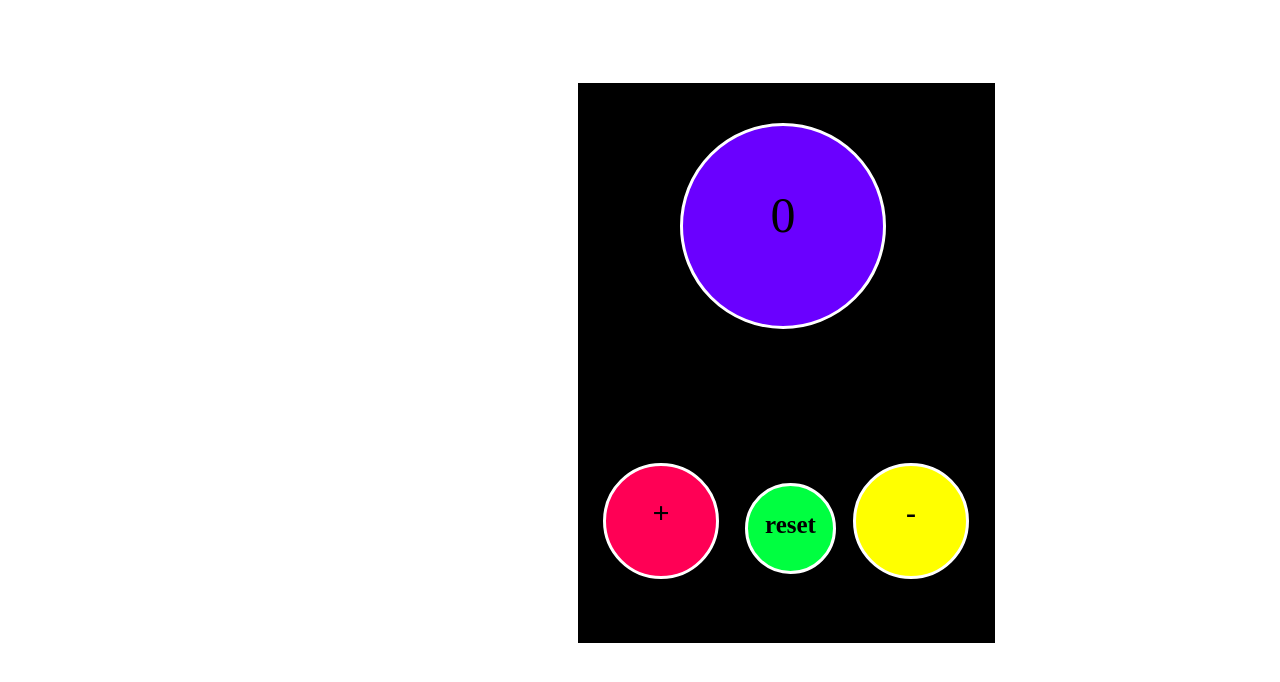
Repository: sara55m/Counter_App
Page: index.html
The author's editor kept a copy of each file at every save. The page is drawn from the files as they stood at one save, then again after the next save.
The browser window is 1280 px wide. The pictures show the whole page.

Above is the page before, as saved 2024-07-31 18:03:09.

### index.html
<!DOCTYPE html>
<html lang="en">
<head>
    <meta charset="UTF-8">
    <meta name="viewport" content="width=device-width, initial-scale=1.0">
    <title>Document</title>
    <link rel="stylesheet" href="css/style.css">
</head>
<body>
    <div class="container">
        <div class="main" id="main"><p class="one" id="one"></p></div>
        <div class="increase" id="increase" onclick="increase()"><p class="first">+</p></div>
        <div class="decrease" id="decrease" onclick="decrease()"><p class="second">-</p></div>
        <div class="reset" onclick="reset_1()"><p class="third">reset</p></div>
    </div>
    <script src="js/script.js"></script>
</body>
</html>

### css/style.css
.container{
    position: absolute;
    top:80px;
    left:575px;
    height:560px;
    width:417px;
    background-color: black;
    border:3px solid white;
}
p.one{
    text-align: center;

}

.main{
    position:absolute;
    top:40px;
    left:102px;
    height:180px;
    width:180px;
    border-radius: 50%;
    background-color: rgb(106, 0, 255);
    text-align: center;
    font-size: 50px;
    padding:10px;
    border:3px solid white;

}

.increase{
    position:absolute;
    top:380px;
    left:25px;
    height:110px;
    width:110px;
    border-radius: 50%;
    background-color: rgb(255, 0, 85);
    border:3px solid white;
    font-weight: bolder;
}
p.first,p.second{
    font-size: 30px;
    text-align: center;
}

.decrease{
    position:absolute;
    top:380px;
    left:275px;
    height:110px;
    width:110px;
    border-radius: 50%;
    border:3px solid white;
    background-color:yellow;
    text-align: center;
    font-weight: bolder;
}

.reset{
    position:absolute;
    top:400px;
    left:167px;
    height:85px;
    width:85px;
    border-radius: 50%;
    background-color: rgb(0, 255, 64);
    font-weight: bolder;
    border:3px solid white;
}

p.third{
    font-size: 25px;
    text-align: center;
}

### js/script.js
let count=0;
document.getElementById("one").innerHTML=count;
function increase(){
    count+=1;
    document.getElementById("one").innerHTML=count;
}

function reset_1(){
    count=0;
    document.getElementById("one").innerHTML=count;
}

count=0;
document.getElementById("one").innerHTML=count;
function decrease(){
    count-=1;
    document.getElementById("one").innerHTML=count;

}

After the next save:
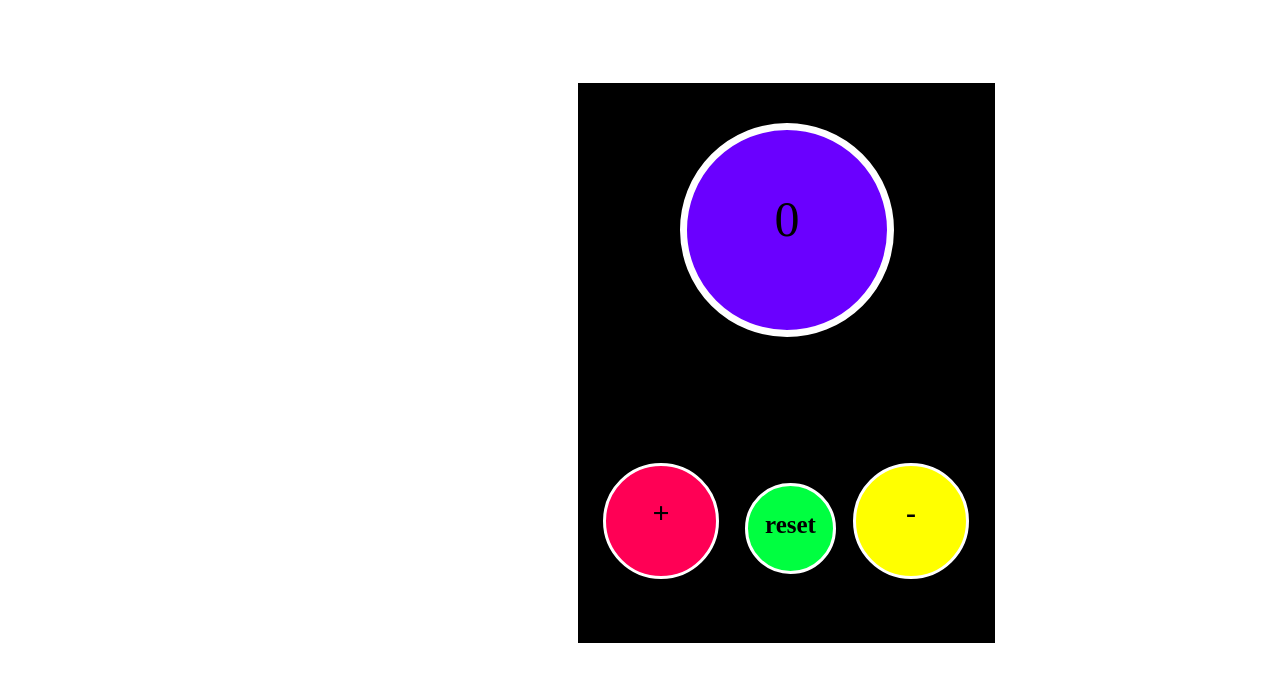
Saved 53 s later.
--- a/css/style.css
+++ b/css/style.css
@@ -23,7 +23,7 @@ p.one{
     text-align: center;
     font-size: 50px;
     padding:10px;
-    border:3px solid white;
+    border:7px solid white;
 
 }
 
